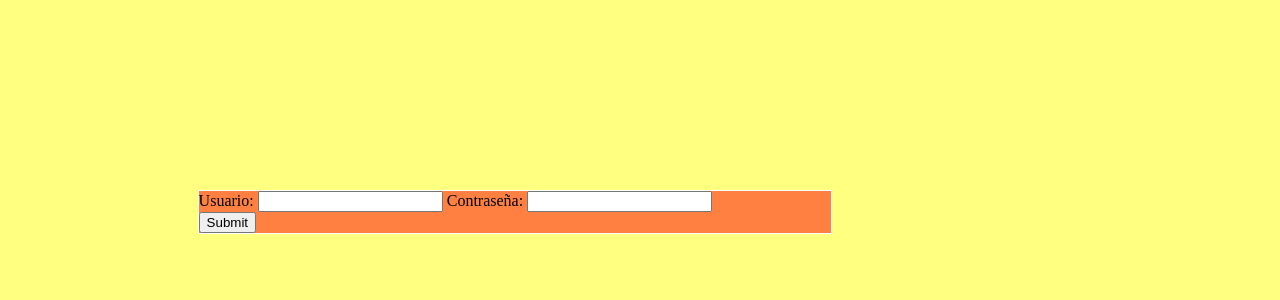
Repository: salvadorsobrino/Ejercicio5ServletJSP
Page: http://localhost/Ejercicio5/
These files come from the project's save history. The page is drawn as it stood at one moment and after the next save; the edit follows.
The browser window is 1280 px wide. The pictures show the whole page.
The page is served by Tomcat 9.

Above is the page before, as saved 2022-03-11 09:30:39.

After the next save:
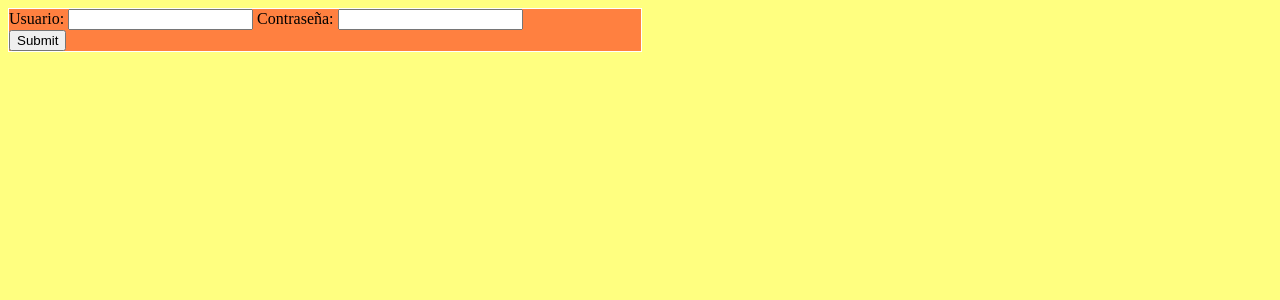
Saved 26 s later.
--- a/Ejercicio5/src/main/webapp/index.css
+++ b/Ejercicio5/src/main/webapp/index.css
@@ -12,7 +12,7 @@ body{
 	border-width: thin;
 	border-color: white;
 	width: 50%;
-	margin: 15%;
+	height: 15%;
 
 }
 a:link {
